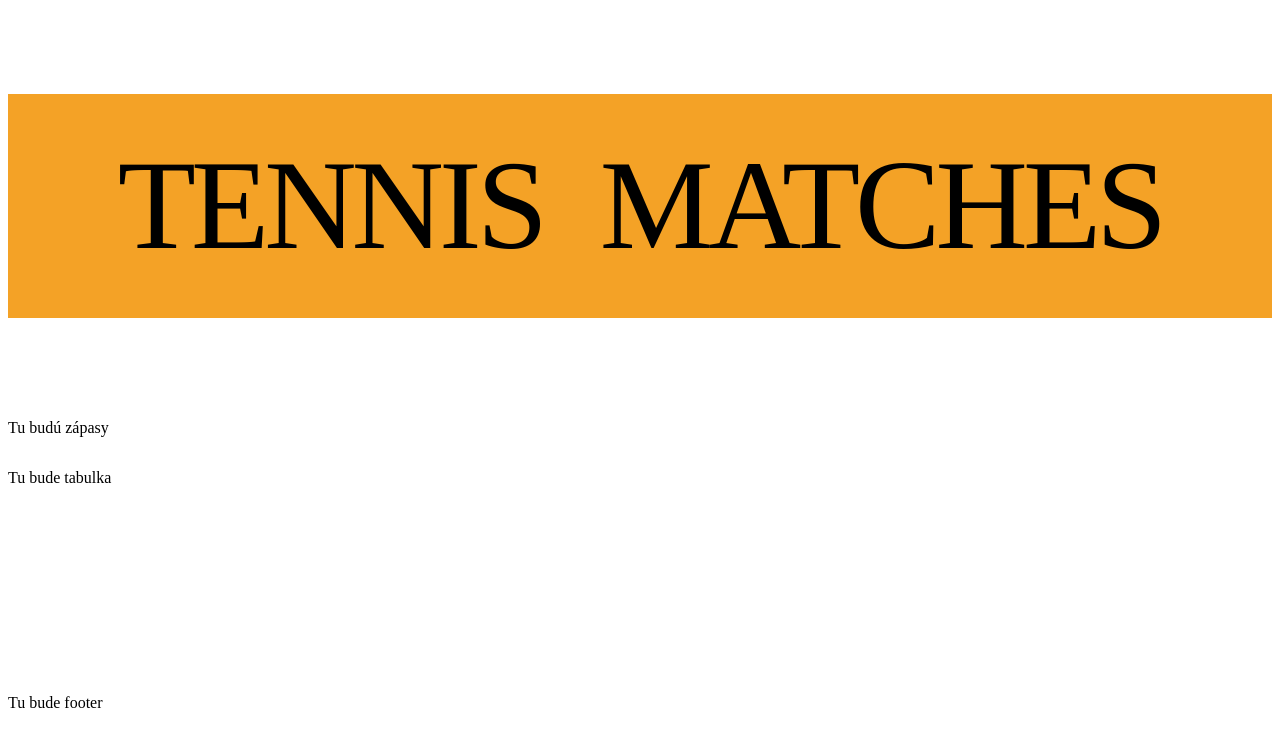
Repository: Badynko/tenis-app
Page: /
An editor plug-in stored every save of this project. The page is shown before and after the next save, followed by the edit.
The browser window is 1280 px wide. The pictures show the whole page.
The project was rebuilt for these pictures with package versions that can differ from the ones it lists, and the page was loaded fresh each time.

Above is the page before, as saved 2024-07-10 15:21:05.

After the next save:
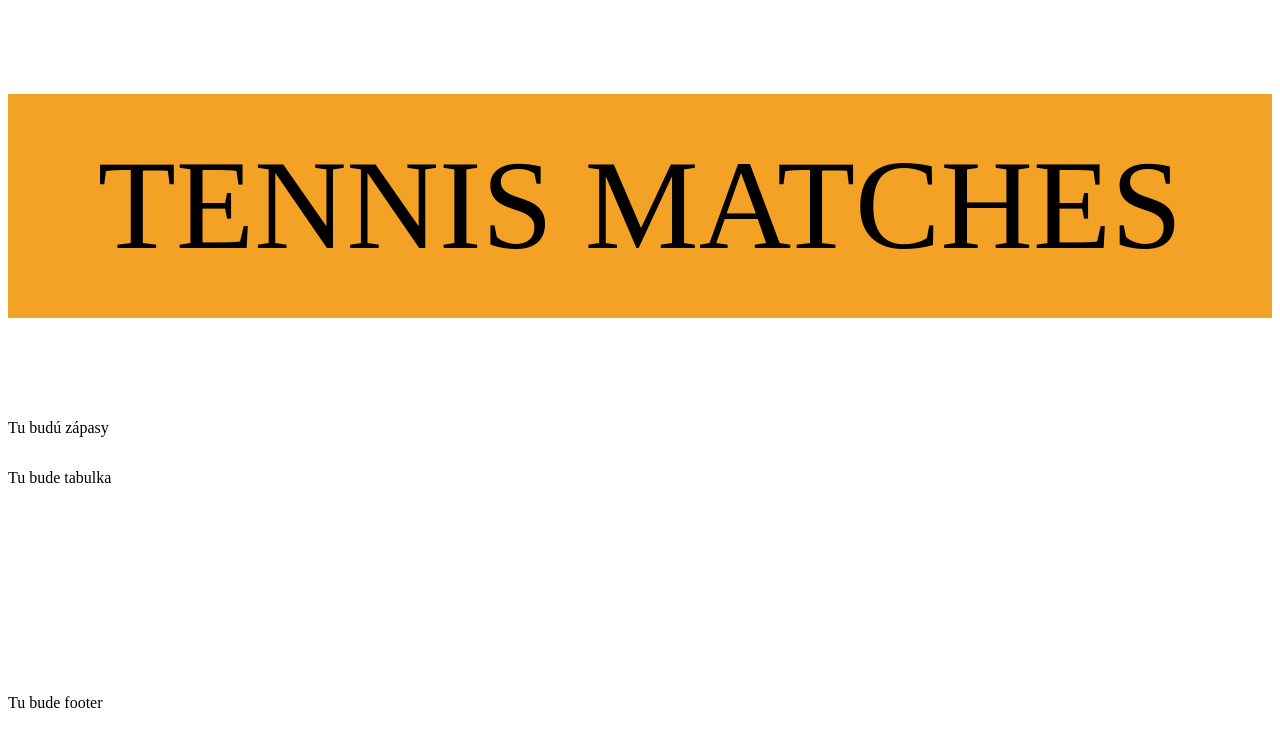
Saved 21 s later.
--- a/src/index.css
+++ b/src/index.css
@@ -12,7 +12,5 @@ h1 {
   font-size: 8rem;
   text-transform: uppercase;
   font-weight: 400;
-  word-spacing: 30px;
-  letter-spacing: -5px;
   padding: 2.4rem 0;
 }
